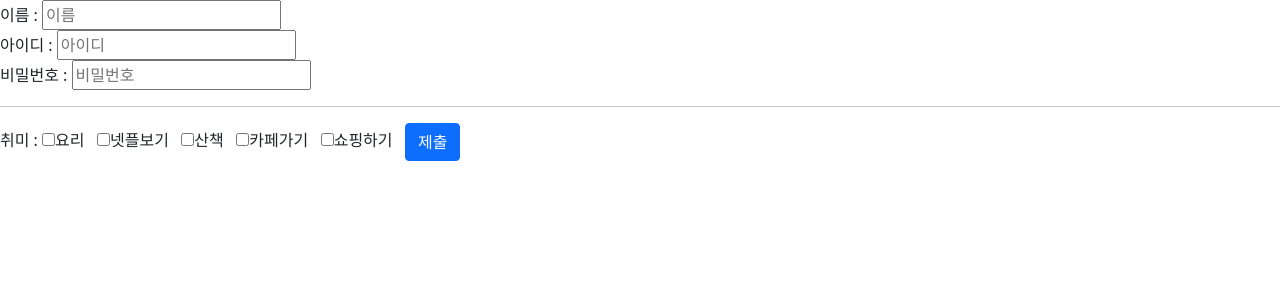
Repository: SimpleRan/jsp_paractice2
Page: http://localhost/JSPBasic/jspobject/request/req_user_form.jsp
An editor plug-in stored every save of this project. The page is shown before and after the next save, followed by the edit.
The browser window is 1280 px wide. The pictures show the whole page.
The page is served by Tomcat 9.

Above is the page before, as saved 2022-03-25 10:41:23.

### JSPBasic/src/main/webapp/jspobject/request/req_user_form.jsp
<%@ page language="java" contentType="text/html; charset=UTF-8"
    pageEncoding="UTF-8"%>
<!DOCTYPE html>

<html>
<head>
<!-- 이곳에 head사이에  bootstrap을 갖다 붙이면 좀더 세련되게 꾸밀 수 있다  -->
<link href="https://cdn.jsdelivr.net/npm/bootstrap@5.1.3/dist/css/bootstrap.min.css" rel="stylesheet" integrity="sha384-1BmE4kWBq78iYhFldvKuhfTAU6auU8tT94WrHftjDbrCEXSU1oBoqyl2QvZ6jIW3" crossorigin="anonymous">
<meta charset="UTF-8">
<title>Insert title here</title>
</head>
<body>
<%--현재 파일인 req_user_form.jsp에 폼 태그를 만들어보겠습니다.
	목적지는 함께 req_user.jsp 파일입니다. post방식으로 데이터를 전달합니다.
	먼저 이름, 아이디, 비밀번호를 입력해 보낼 수 있는 input태그를 만들어주세요.
	각 태그의 name 속성은 uname, uid, upw 입니다.
	데이터를 받아주는 req_user.jsp에서 한글이 깨지지 않도록 받아서 화면에 출력해주세요. --%>
	<form action = "http://localhost:8181/JSPBasic/jspobject/request/req_user.jsp" method="post">
	이름 : <input type= "text" name="uname" placeholder="이름"/><br/>
	아이디 : <input type= "text" name="uid" placeholder="아이디"/><br/>
	비밀번호 : <input type= "password" name="upw"placeholder="비밀번호"/><br/>
	<hr/>

	취미 :
		<input type= "checkbox" name="hobby">요리 &nbsp;
		<input type= "checkbox" name="hobby">넷플보기 &nbsp;
		<input type= "checkbox" name="hobby">산책 &nbsp;
		<input type= "checkbox" name="hobby">카페가기 &nbsp;
		<input type= "checkbox" name="hobby">쇼핑하기 &nbsp;

		<input type= "submit" class="btn btn-primary" value="제출"/>
  </form>
</body>
</html>

After the next save:
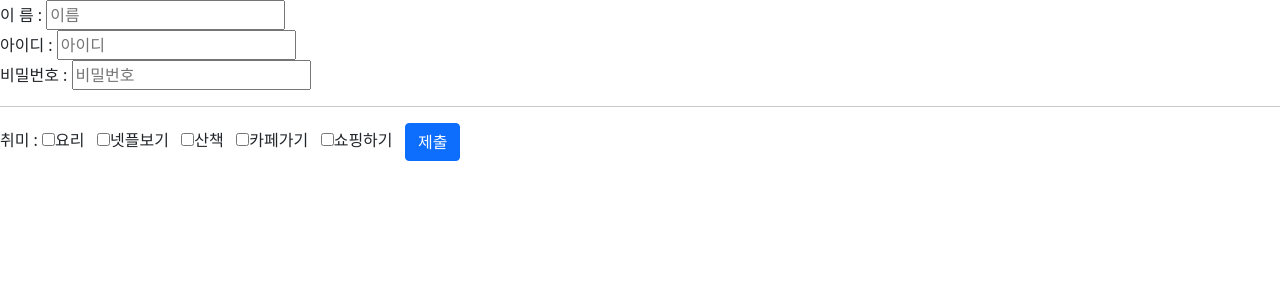
Saved 35 s later.
--- a/JSPBasic/src/main/webapp/jspobject/request/req_user_form.jsp
+++ b/JSPBasic/src/main/webapp/jspobject/request/req_user_form.jsp
@@ -16,7 +16,7 @@
 	각 태그의 name 속성은 uname, uid, upw 입니다.
 	데이터를 받아주는 req_user.jsp에서 한글이 깨지지 않도록 받아서 화면에 출력해주세요. --%>
 	<form action = "http://localhost:8181/JSPBasic/jspobject/request/req_user.jsp" method="post">
-	이름 : <input type= "text" name="uname" placeholder="이름"/><br/>
+	이 름 : <input type= "text" name="uname" placeholder="이름"/><br/>
 	아이디 : <input type= "text" name="uid" placeholder="아이디"/><br/>
 	비밀번호 : <input type= "password" name="upw"placeholder="비밀번호"/><br/>
 	<hr/>
